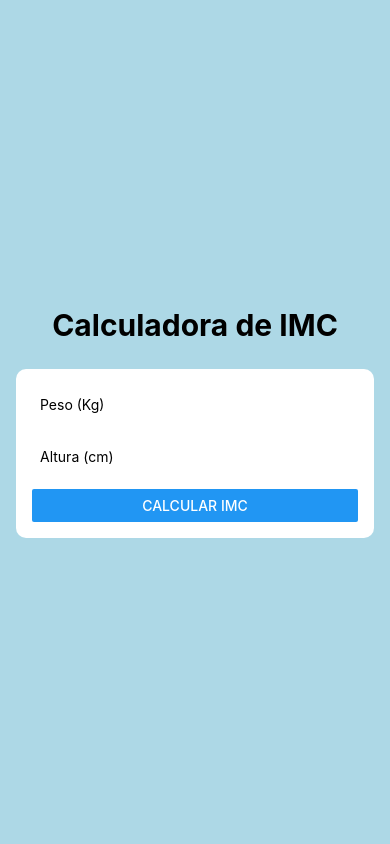
Repository: GustaPit/CalculadoraIMCpam
Screen: /
An editor plug-in stored every save of this project. The screen is shown before and after the next save, followed by the edit.
The app was drawn by React Native's web renderer in a window 390 px wide. The project was rebuilt for these pictures with package versions that can differ from the ones it lists, and the page was loaded fresh each time. Some packages were replaced by stand-ins written for this rebuild. Also part of the build but not shown: src/components/Result.js.

Above is the screen before, as saved 2025-04-04 12:00:36.

After the next save:
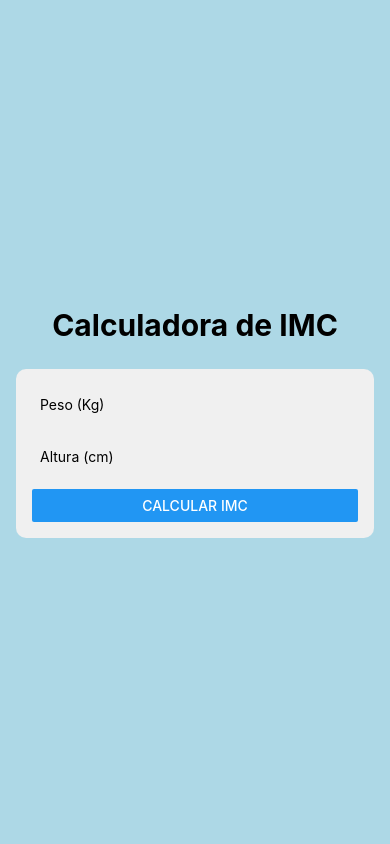
Saved 9 s later.
--- a/src/components/FormIMC.js
+++ b/src/components/FormIMC.js
@@ -39,7 +39,7 @@ const FormIMC = () => {
 
 const styles = StyleSheet.create({
     formContainer: {
-        backgroundColor: '#fff',
+        backgroundColor: '#f0f0f0',
         padding: 16,
         borderRadius: 10,
     },
